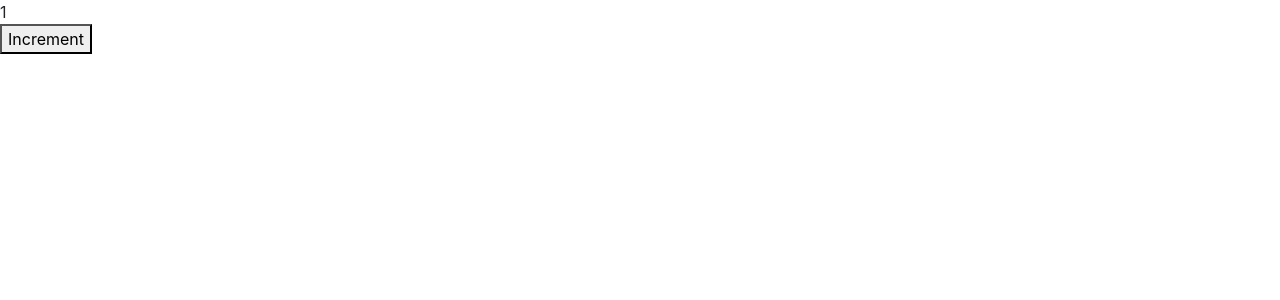
Repository: NikhilSurani/counter-app
Page: /
These files come from the project's save history. The page is drawn as it stood at one moment and after the next save; the edit follows.
The browser window is 1280 px wide. The pictures show the whole page.
The project was rebuilt for these pictures with package versions that can differ from the ones it lists, and the page was loaded fresh each time.

Above is the page before, as saved 2018-12-28 17:57:17.

After the next save:
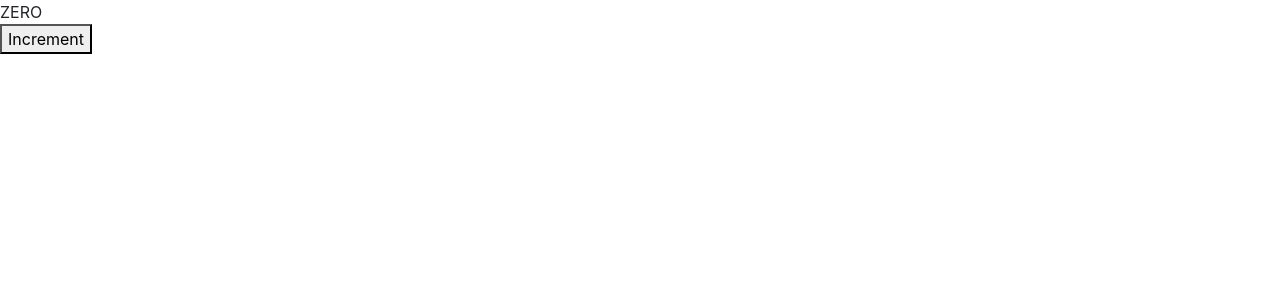
Saved 4 min 3 s later.
--- a/src/components/counter.jsx
+++ b/src/components/counter.jsx
@@ -1,7 +1,7 @@
 import React, { Component } from "react";
 class Counter extends Component {
   state = {
-    count: 1
+    count: 0
   };
   render() {
     return (
